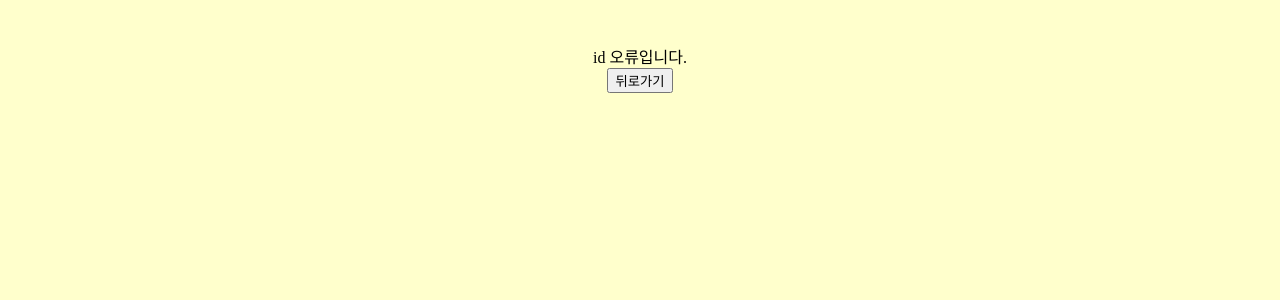
Repository: KangEunseo/2019-jsp-class
Page: http://localhost/BasicJSP/loginsession/loginSessionPro.jsp
An editor plug-in stored every save of this project. The page is shown before and after the next save, followed by the edit.
The browser window is 1280 px wide. The pictures show the whole page.
The page is served by Tomcat 9. Queries for data that is not in the repository find no rows.

Above is the page before, as saved 2019-09-26 00:40:51.

After the next save:
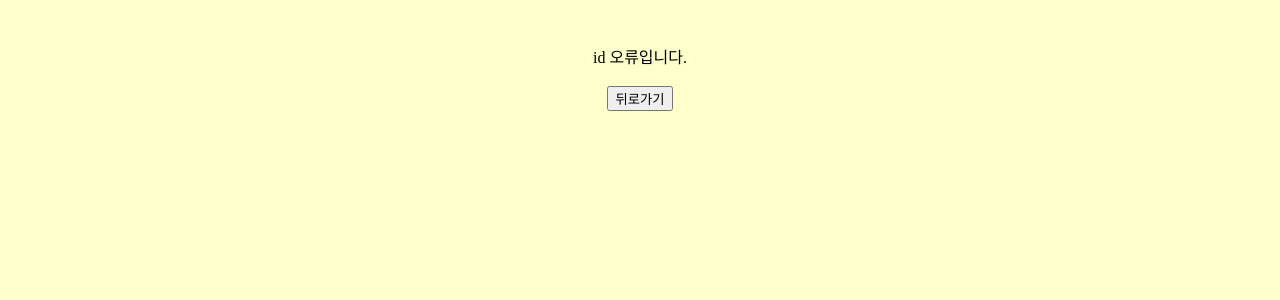
Saved 33 s later.
--- a/BasicJSP/WebContent/loginsession/loginSessionPro.jsp
+++ b/BasicJSP/WebContent/loginsession/loginSessionPro.jsp
@@ -38,10 +38,10 @@
 	<p><input type="button" value="로그아웃" onClick="javascript:location.href='logoutSession.jsp'"></p>
 <%
 	} else if(result == 2) {	%>
-		<br><br>id 오류입니다.<br>
+		<br><br>id 오류입니다.<br><br>
 		<input type="button" value="뒤로가기" onClick="history.back()">
 <%	} else if(result == 3) {	%>
-		<br><br>password 오류입니다.<br>
+		<br><br>password 오류입니다.<br><br>
 		<input type="button" value="뒤로가기" onClick="history.back()">
 <%	}	%>
 </div>
